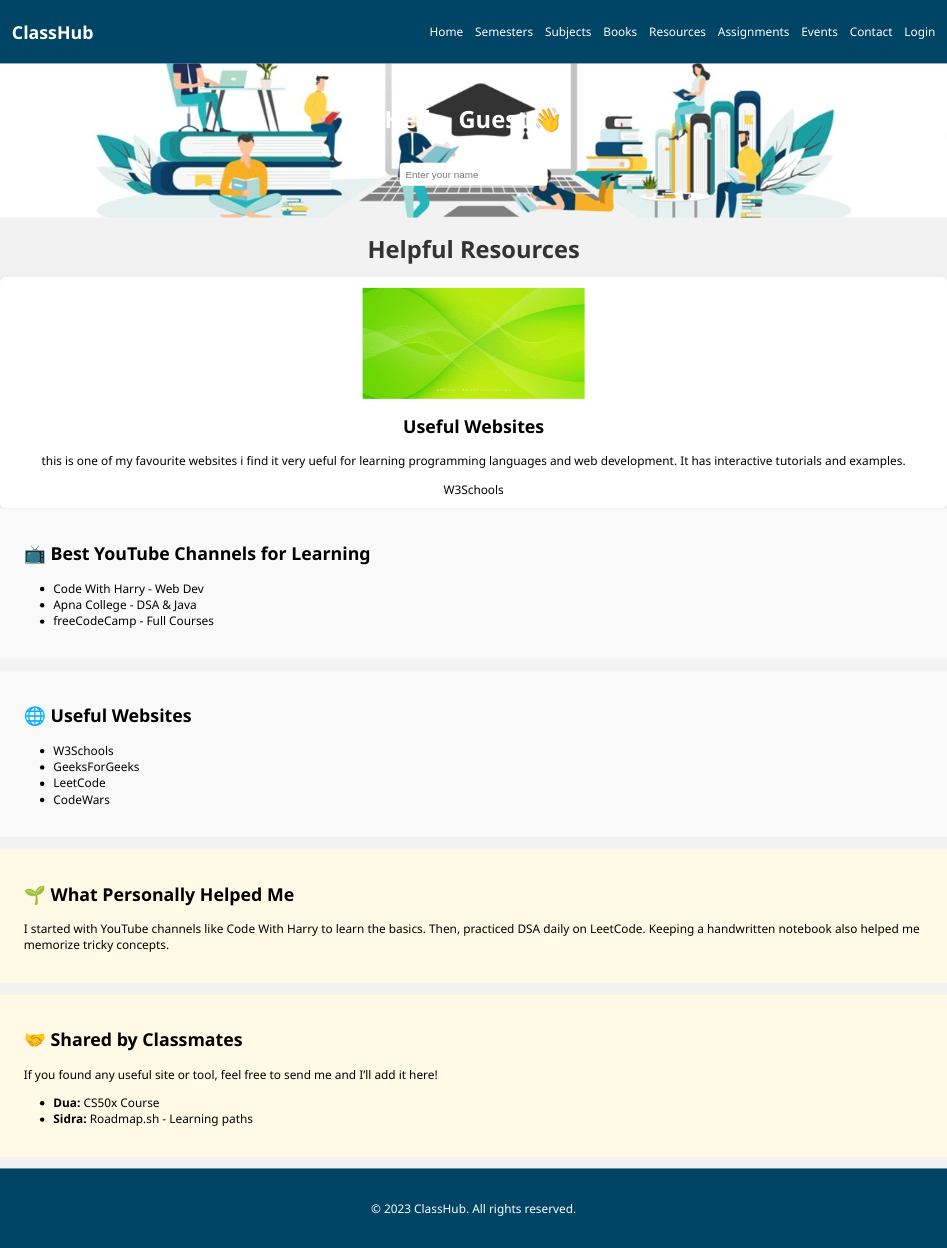
Repository: MariamSawera/eduNova
Page: resources.html
An editor plug-in stored every save of this project. The page is shown before and after the next save, followed by the edit.
The browser window is 1280 px wide. The pictures show the whole page, at 74% of full size.

Above is the page before, as saved 2025-07-24 00:13:25.

### resources.html
<html>
<head>
    <title>Resources</title>
    <meta charset="UTF-8">
    <meta name="viewport" content="width=device-width, initial-scale=1.0">
    <link rel="stylesheet" href="styles.css">
    <script src="script.js"></script>
</head>
<body>
    <nav>
        <div class="logo">ClassHub</div>
        <ul>
        <li><a href="index.html">Home</a></li>
        <li><a href="index.html#semester">Semesters</a></li>
        <li><a href="subjects.html">Subjects</a></li>
        <li><a href="books.html">Books</a></li>
        <li><a href="resources.html">Resources</a></li>
        <li><a href="assignments.html">Assignments</a></li>
        <li><a href="events.html">Events</a></li>
        <li><a href="contact.html">Contact</a></li>
        <li><a href="login.html">Login</a></li>
        </ul>
    </nav>

    <!-- Hero Section -->
    <div class="hero">
      <h1 id="welcome">Hello, Guest 👋</h1>
      <input
        type="text"
        id="nameInput"
        placeholder="Enter your name"
        oninput="updateName()"
      />
    </div>

    <h1 class="heading">Helpful Resources</h1>


    <div class="box">
      <img src="./images/green.jpg" alt="">
       <!-- <div class="box-content"> -->
      <h2>Useful Websites </h2>
      <p>
        this is one of my favourite websites i find it very ueful for learning
        programming languages and web development. It has interactive tutorials and examples.
      </p>
        <a href="https://www.w3schools.com/" target="_blank">W3Schools</a>
        <!-- </div> -->
    </div>




      <section class="resources-section">
    <h2>📺 Best YouTube Channels for Learning</h2>
    <ul>
      <li><a href="https://youtube.com/CodeWithHarry" target="_blank">Code With Harry - Web Dev</a></li>
      <li><a href="https://youtube.com/ApnaCollegeOfficial" target="_blank">Apna College - DSA & Java</a></li>
      <li><a href="https://youtube.com/FreeCodeCamp" target="_blank">freeCodeCamp - Full Courses</a></li>
    </ul>
  </section>

  <!-- Websites -->
  <section class="resources-section">
    <h2>🌐 Useful Websites</h2>
    <ul>
      <li><a href="https://www.w3schools.com/" target="_blank">W3Schools</a></li>
      <li><a href="https://www.geeksforgeeks.org/" target="_blank">GeeksForGeeks</a></li>
      <li><a href="https://leetcode.com/" target="_blank">LeetCode</a></li>
      <li><a href="https://www.codewars.com/" target="_blank">CodeWars</a></li>
    </ul>
  </section>

  <!-- What Helped Me -->
  <section class="my-tips">
    <h2>🌱 What Personally Helped Me</h2>
    <p>I started with YouTube channels like Code With Harry to learn the basics. Then, practiced DSA daily on LeetCode. Keeping a handwritten notebook also helped me memorize tricky concepts.</p>
  </section>

  <!-- Classmate Contributions -->
  <section class="classmate-tips">
    <h2>🤝 Shared by Classmates</h2>
    <p>If you found any useful site or tool, feel free to send me and I’ll add it here!</p>

    <ul>
      <li><strong>Dua:</strong> <a href="https://cs50.harvard.edu/x/" target="_blank">CS50x Course</a></li>
      <li><strong>Sidra:</strong> <a href="https://roadmap.sh/" target="_blank">Roadmap.sh - Learning paths</a></li>
    </ul>
  </section>







    </div>

    <!-- Footer -->
    <footer class="footer">
        <p>&copy; 2023 ClassHub. All rights reserved.</p>
    </footer>

</body>
</html>

### styles.css
html {
  scroll-behavior: smooth;
}

body {
  margin: 0;
  font-family: "Segoe UI", sans-serif;
  background: #f2f2f2;
  /* background-color: #B3DDF0; */
}

nav {
  background-color: #004466;
  color: white;
  padding: 1rem;
  display: flex;
  justify-content: space-between;
  align-items: center;
}

nav .logo {
  font-size: 1.5rem;
  font-weight: bold;
}

a {
  text-decoration: none;
  color: inherit;
}

nav ul {
  list-style: none;
  display: flex;
  gap: 1rem;
}

nav ul li {
  display: inline;
}

nav ul li a {
  color: white;
  text-decoration: none;
}

.hero {
  /* background: linear-gradient(to right, #00aaff, #00ffcc); */
  background-image: url("./images/banner.jpg");
  background-position: center;
  color: white;
  padding: 2rem;
  text-align: center;
  height: 20vh;
}

.hero input {
  padding: 0.5rem;
  border: none;
  border-radius: 5px;
  margin-top: 1rem;
  width: 200px;
}

.dashboard {
  display: grid;
  grid-template-columns: 1fr 1fr 1fr;
  gap: 1rem;
  padding: 2rem;
}

.card {
  background: white;
  padding: 1rem;
  border-radius: 10px;
  box-shadow: 0 2px 5px rgba(0, 0, 0, 0.1);
}

.quick-links {
  padding: 2rem;
  display: grid;
  grid-template-columns: repeat(3, minmax(150px, 1fr));
  gap: 1rem;
}

.link-card {
  display: flex;
  justify-content: center;
  align-items: center;
  font-size: 30px;
  color: white;
}

.quick-links .link-card {
  background: white;
  text-align: center;
  padding: 1rem;
  border-radius: 10px;
  box-shadow: 0 2px 5px rgba(0, 0, 0, 0.1);
  height: 80px;
}

.footer {
  background-color: #004466;
  display: flex;
  justify-content: center;
  align-items: center;
  color: white;
  height: 15vh;
}

.heading {
  color: #333;
  margin-bottom: 1rem;
  text-align: center;
  font-size: 2rem;
}

/* books.html */
.book-container {
  display: flex;
  justify-content: center;
  text-align: center;
  gap: 1rem;
  padding: 2rem;
  flex-wrap: wrap;
}

.book-card {
  background: white;
  width: 20%;
  padding: 1rem;
  border-radius: 8px;
  box-shadow: 0 2px 5px rgba(0, 0, 0, 0.1);
  text-align: center;
}

.book-card img {
  max-width: 100%;
  height: 40vh;
  border-radius: 5px;
  object-fit: cover;
}

.info {
  padding: 1rem;
  text-align: center;
}

.info h3 {
  margin: 0.5rem 0;
  font-size: 1.1rem;
  color: #222;
}

.info p {
  font-size: 0.9rem;
  color: #555;
}

.info a {
  display: inline-block;
  margin-top: 0.7rem;
  padding: 0.5rem 1rem;
  background: #0077cc;
  color: white;
  text-decoration: none;
  border-radius: 5px;
}

.info a:hover {
  background: #005fa3;
}

/* subjects.html */
.instructor-container {
  display: flex;
  justify-content: center;
  align-items: center;
  flex-wrap: wrap;
  gap: 2rem;
  margin: 30px;
}

.instructor-card {
  background-color: white;
  padding: 25px;
  /* margin: 12px; */
  display: inline-block;
  width: 20%;
  height: auto;
  flex-direction: column;
  align-items: center;
  text-align: center;
  border-radius: 30px;
  margin-bottom: 1rem;
  box-shadow: 0px 4px 10px rgba(0, 0, 0, 0.1);
}

.instructor-card img {
  border-radius: 50%;
  object-fit: cover;
}

.instructor-card h3 {
  margin: 8px 0;
}

.difficulty {
  font-size: 15px;
  font-weight: bold;
  color: black;
  background-color: rgb(214, 211, 0);
  padding: 4px 10px;
  border-radius: 5px;
  width: 40pxpx;
  display: inline-block;
}

.resources {
  margin-top: 10px;
}

.resources a {
  /* background-color: rgb(73, 73, 192);
  margin: 7px;
  color: white;
  padding: 6px 12px;
  border-radius: 10px;
  font-size: 15px;
  display: inline-block; */
  display: inline-block;
  margin-top: 0.7rem;
  padding: 0.5rem 1rem;
  background: #0077cc;
  color: white;
  text-decoration: none;
  border-radius: 5px;

}

.resources a:hover {
  background-color: blueviolet;
}

/* resources.html */

.resources-section {
  padding: 1.5rem 2rem;
  background-color: #f9f9f9;
  margin-bottom: 1rem;
}

.my-tips, .classmate-tips {
  padding: 1.5rem 2rem;
  background-color: #fff9e6;
  margin-bottom: 1rem;
}

/* testing */

.box{
  background-color: white;
  border-radius: 8px;
  padding: 15px;
  box-shadow: 0 2px 8px rgba(0,0,0,0.1);
  text-align: center;
  cursor: pointer;


}

.box img{
  width: 100%;
  max-height: 150px;
  object-fit: contain;
}

### script.js
function updateName() {
      const name = document.getElementById('nameInput').value;
      const welcome = document.getElementById('welcome');
      if(name.trim()) {
        welcome.textContent = `Hello, ${name}! 👋`;
      } else {
        welcome.textContent = `Hello, Guest 👋`;
      }
    }

After the next save:
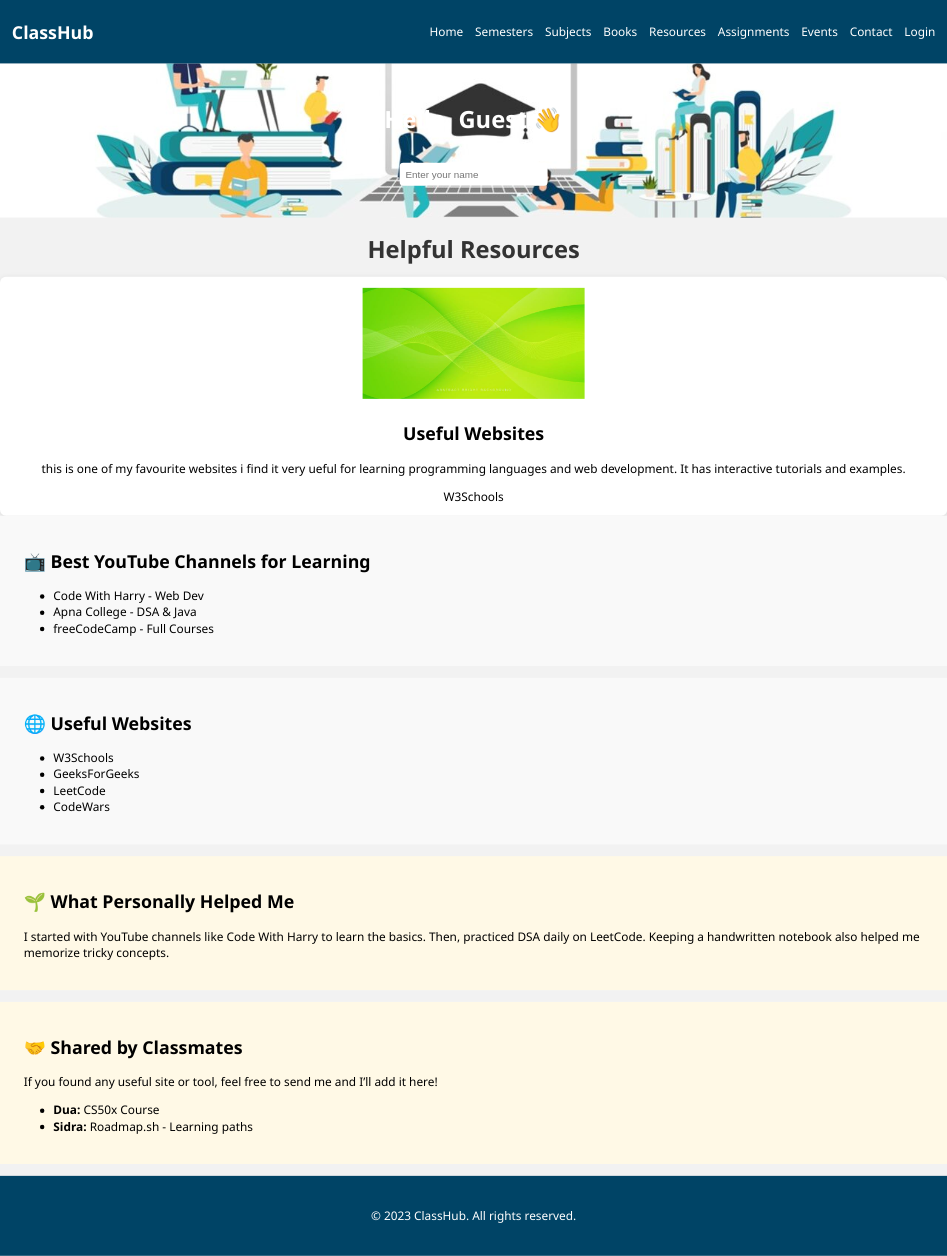
Saved 11 s later.
--- a/styles.css
+++ b/styles.css
@@ -273,4 +273,5 @@ nav ul li a {
   width: 100%;
   max-height: 150px;
   object-fit: contain;
-}
+  margin-bottom: 10px;
+}
